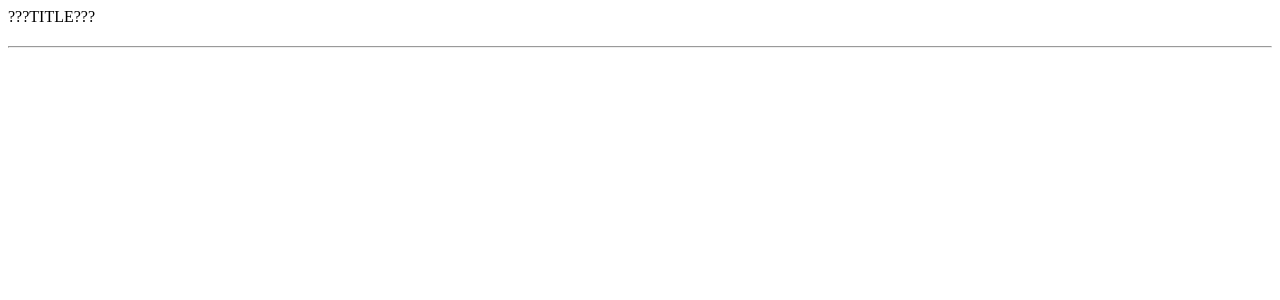
Repository: kimjoohye/study_WEB
Page: http://localhost/studyhtml5/jsp/j07/j01_fmt.jsp
The author's editor kept a copy of each file at every save. The page is drawn from the files as they stood at one save, then again after the next save.
The browser window is 1280 px wide. The pictures show the whole page.
The page is served by Tomcat 9. Other server files are loaded and not shown.

Above is the page before, as saved 2022-05-24 01:03:29.

### workspace/studyhtml5/WebContent/jsp/j07/j01_fmt.jsp
<%@ page language="java" contentType="text/html; charset=UTF-8"
    pageEncoding="UTF-8"%>
<%@ taglib prefix="c" uri="http://java.sun.com/jsp/jstl/core" %>
<%@ taglib prefix="fmt" uri="http://java.sun.com/jsp/jstl/fmt" %>
<fmt:bundle basename="resource.properties"><!-- 참조할 properties경로 지정 -->
<fmt:message key="TITLE"/>
<!DOCTYPE html>
<html>
<head>
<meta charset="UTF-8">
<title>Insert title here</title>
</head>
<body>
	<h2></h2>
	<hr/>

</body>
</html>

</fmt:bundle>

After the next save:
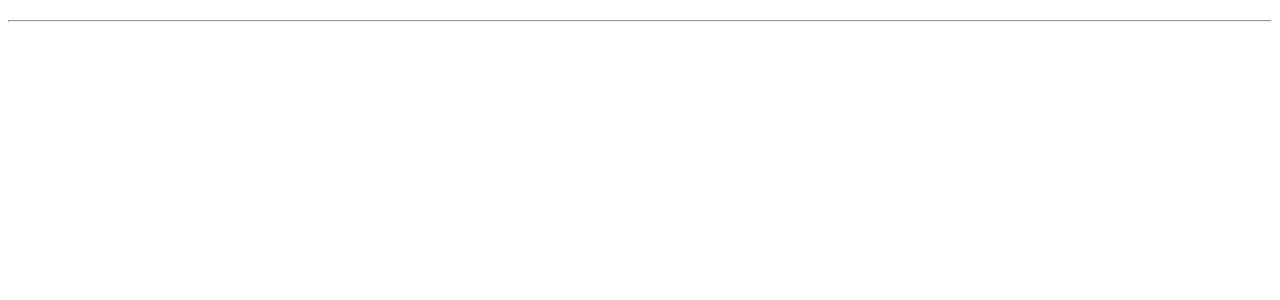
Saved 67 s later.
--- a/workspace/studyhtml5/WebContent/jsp/j07/j01_fmt.jsp
+++ b/workspace/studyhtml5/WebContent/jsp/j07/j01_fmt.jsp
@@ -3,7 +3,7 @@
 <%@ taglib prefix="c" uri="http://java.sun.com/jsp/jstl/core" %>
 <%@ taglib prefix="fmt" uri="http://java.sun.com/jsp/jstl/fmt" %>
 <fmt:bundle basename="resource.properties"><!-- 참조할 properties경로 지정 -->
-<fmt:message key="TITLE"/>
+<fmt:message key="TITLE" var="title"/> <!-- title변수에 TITLE값 저장 -->
 <!DOCTYPE html>
 <html>
 <head>
